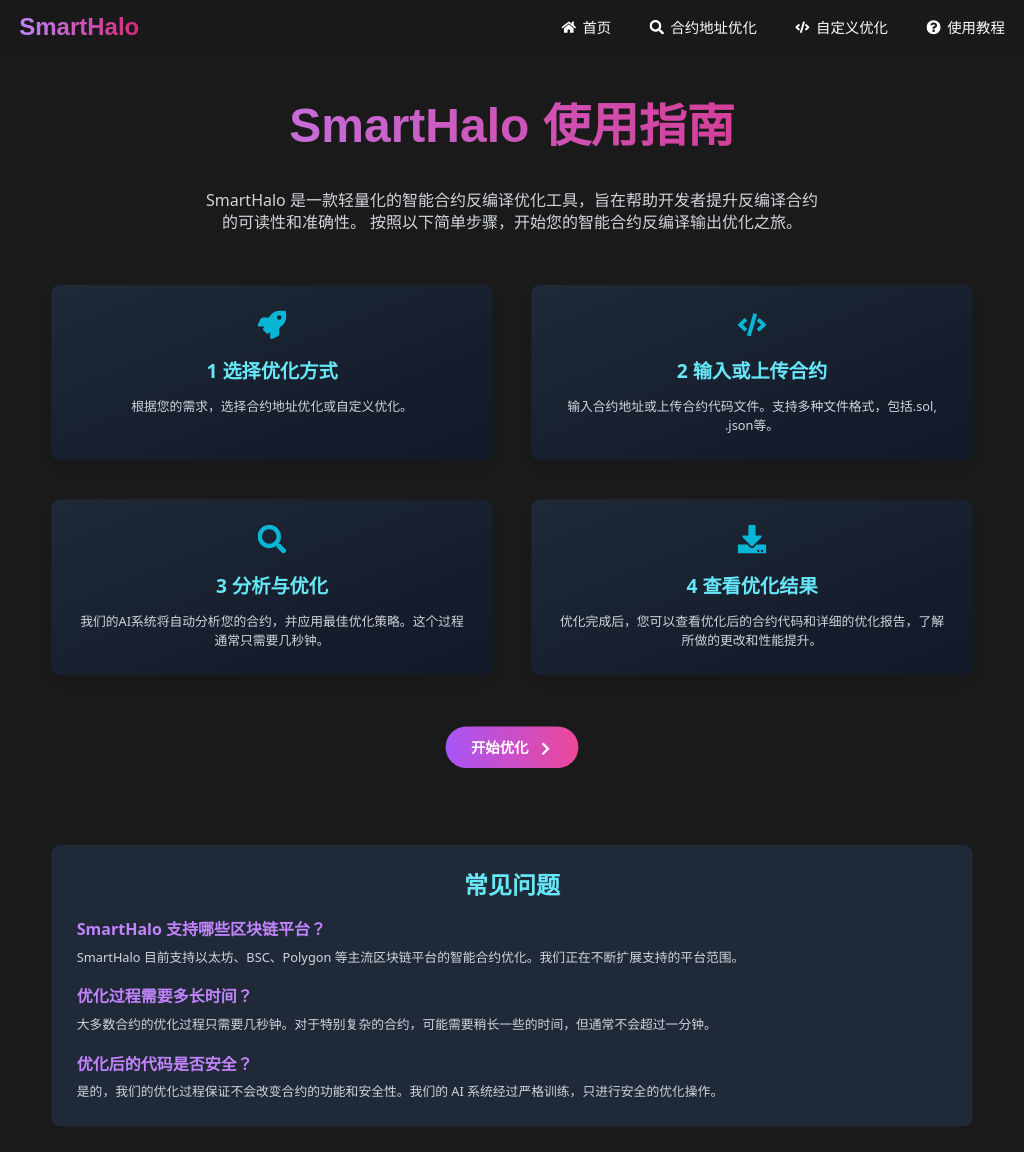
Repository: RunnerQuan/smart-halo
Page: /help
The author's editor kept a copy of each file at every save. The page is drawn from the files as they stood at one save, then again after the next save.
The browser window is 1280 px wide. The pictures show the whole page, at 80% of full size.
The project was rebuilt for these pictures with package versions that can differ from the ones it lists, and the page was loaded fresh each time. The framework's server and built-in components were replaced by stand-ins that run in the browser. Also part of the build but not shown: next.config.mjs.

Above is the page before, as saved 2024-10-18 15:42:04.

After the next save:
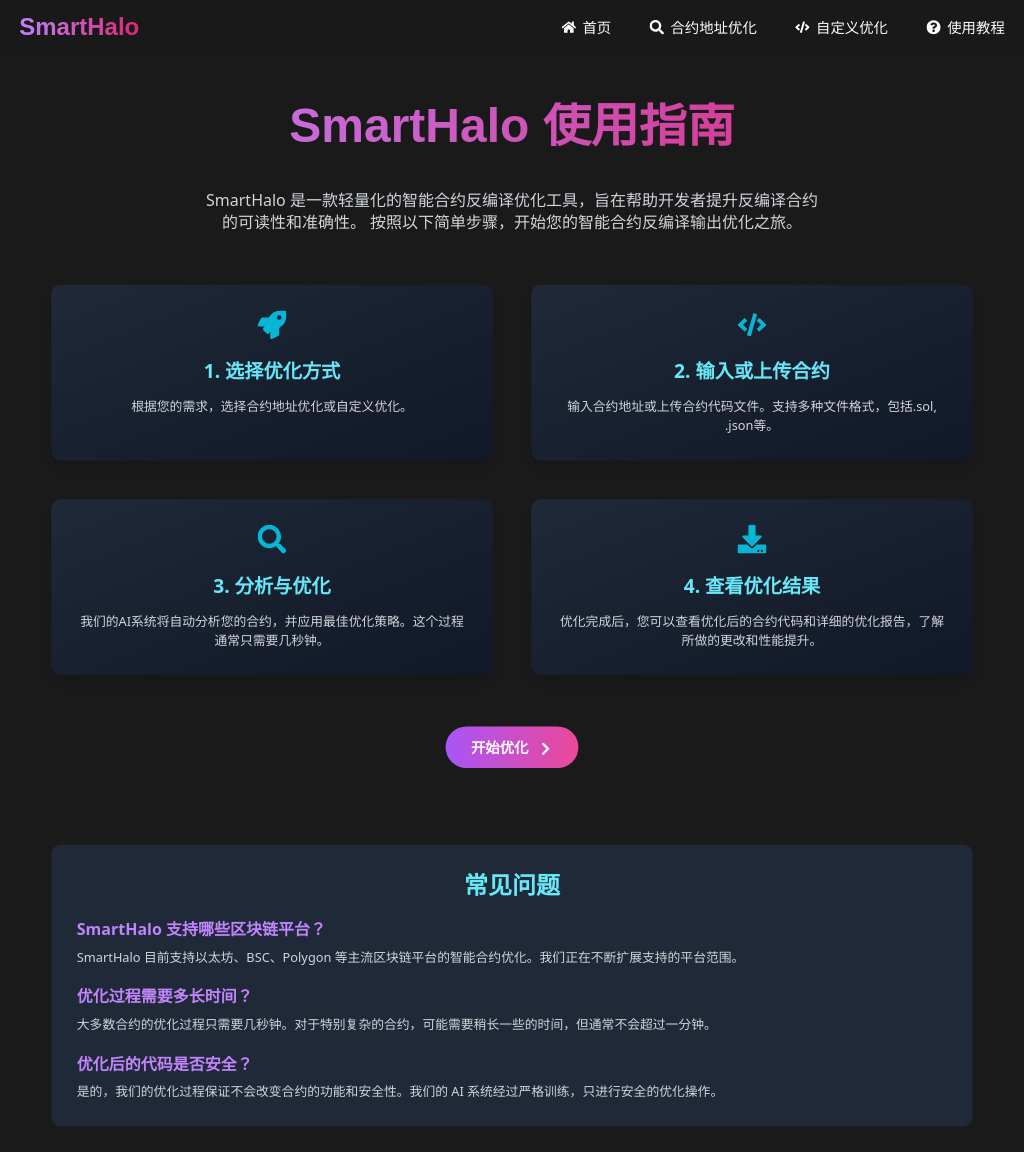
Saved 9 s later.
--- a/app/help/page.tsx
+++ b/app/help/page.tsx
@@ -9,22 +9,22 @@
 export default function Help() {
   const steps = [
     {
-      title: "1 选择优化方式",
+      title: "1. 选择优化方式",
       desc: "根据您的需求，选择合约地址优化或自定义优化。",
       icon: <FaRocket className="text-4xl mb-4 text-cyan-500" />
     },
     {
-      title: "2 输入或上传合约",
+      title: "2. 输入或上传合约",
       desc: "输入合约地址或上传合约代码文件。支持多种文件格式，包括.sol, .json等。",
       icon: <FaCode className="text-4xl mb-4 text-cyan-500" />
     },
     {
-      title: "3 分析与优化",
+      title: "3. 分析与优化",
       desc: "我们的AI系统将自动分析您的合约，并应用最佳优化策略。这个过程通常只需要几秒钟。",
       icon: <FaSearch className="text-4xl mb-4 text-cyan-500" />
     },
     {
-      title: "4 查看优化结果",
+      title: "4. 查看优化结果",
       desc: "优化完成后，您可以查看优化后的合约代码和详细的优化报告，了解所做的更改和性能提升。",
       icon: <FaDownload className="text-4xl mb-4 text-cyan-500" />
     }
